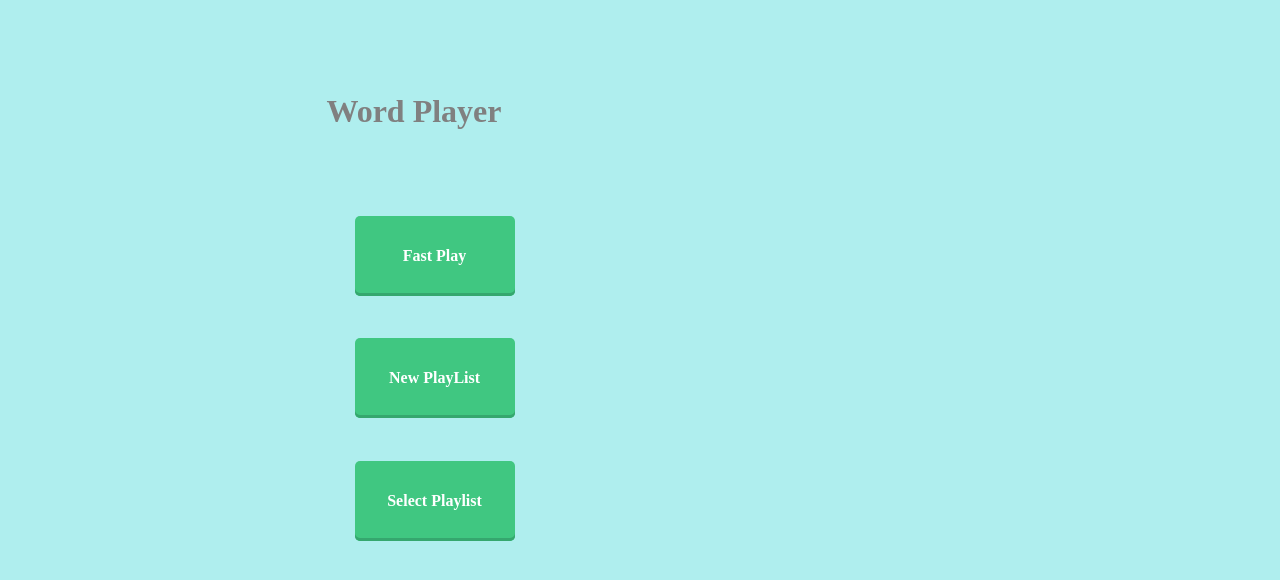
Repository: Artem-Brunov/msu_prac
Page: workspace/BasicUI/index.html
An editor plug-in stored every save of this project. The page is shown before and after the next save, followed by the edit.
The browser window is 1280 px wide. The pictures show the whole page.

Above is the page before, as saved 2017-12-26 18:43:21.

### workspace/BasicUI/index.html
<!DOCTYPE html>
<html>

<head>
    <meta charset="utf-8" />
    <meta name="viewport" content="width=device-width, initial-scale=1.0, maximum-scale=1.0">
    <meta name="description" content="Tizen Mobile Web Basic Template" />

    <title>Tizen Mobile Web Basic Application</title>

    <link rel="stylesheet" type="text/css" href="css/style.css" />

</head>

<body>
	<div class = "main">
		<div class = "titl">
			<h1>Word Player</h1>
		</div>
		<div class = "New">
			<a href = "NewSettings.html" class = "first_button">New PlayList</a>
		</div>
		<div class = "Select">
			<a href = "" class = "first_button" >Select Playlist</a>
		</div>
		<div class = "FastPlay">
			<a href = "FastPlay.html" class = "first_button" >Fast Play</a>
		</div>

	</div>


</body>

</html>

### workspace/BasicUI/css/style.css
html,
body {
    width: 100%;
    height: 100%;
    margin: 0 auto;
    padding: 0;
    background: PaleTurquoise;
 }
 .titl{

 	position: absolute;
 	left: 25.5%;
 	top: 10%;
 	color: Gray;
 }
 a.first_button {

	display: block;
	width: 160px;
	height: 80px;
  	line-height: 5em;
	border-radius: 5px;
 	background: rgb(64,199,129);
	box-shadow: 0 -3px rgb(53,167,110) inset;
	font-weight: 900;
  	color: white;
  	text-align: center;
  	text-decoration: none;
  	transition: 0.2s;
}
a.first_button:hover { background: rgb(53, 167, 110); }
a.first_button:active {
  background: rgb(33,147,90);
  box-shadow: 0 3px rgb(33,147,90) inset;
}
.New {
	position: absolute;
  	top: 47%;
  	left: 27.7%;

}
.Select {
	position: absolute;
  	top: 64%;
  	left: 27.7%;

}
.FastPlay {
	position: absolute;
  	top: 30%;
  	left: 27.7%;

}

After the next save:
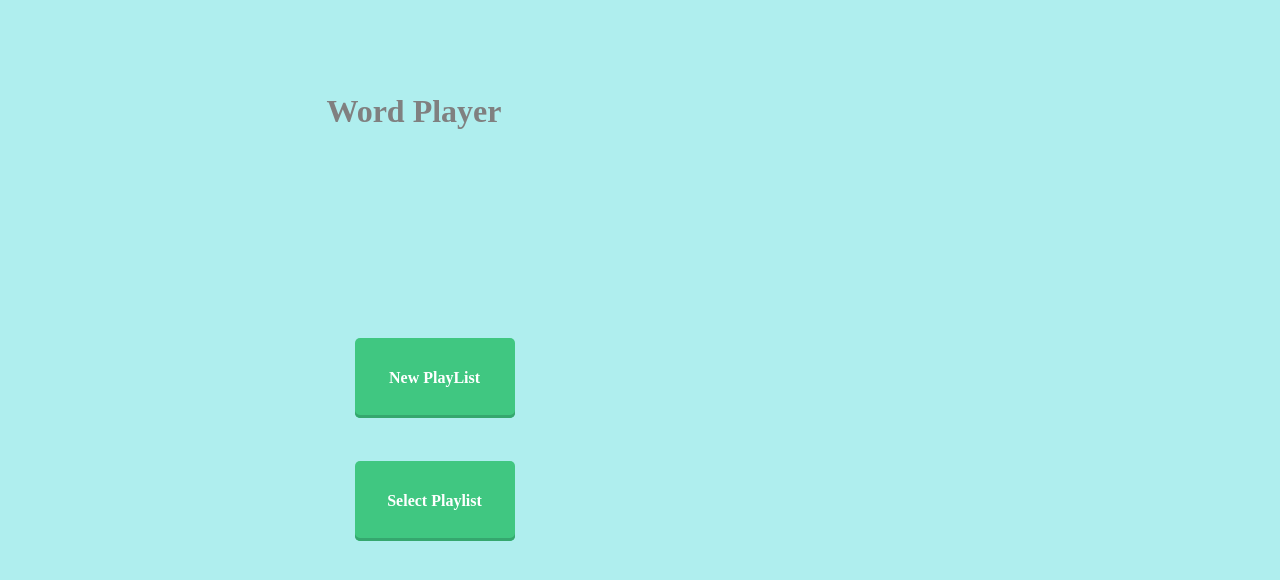
Saved 6 min 18 s later.
--- a/workspace/BasicUI/index.html
+++ b/workspace/BasicUI/index.html
@@ -23,9 +23,9 @@
 		<div class = "Select">
 			<a href = "" class = "first_button" >Select Playlist</a>
 		</div>
-		<div class = "FastPlay">
+	<!-- 	<div class = "FastPlay">
 			<a href = "FastPlay.html" class = "first_button" >Fast Play</a>
-		</div>
+		</div>-->
 
 	</div>
 
